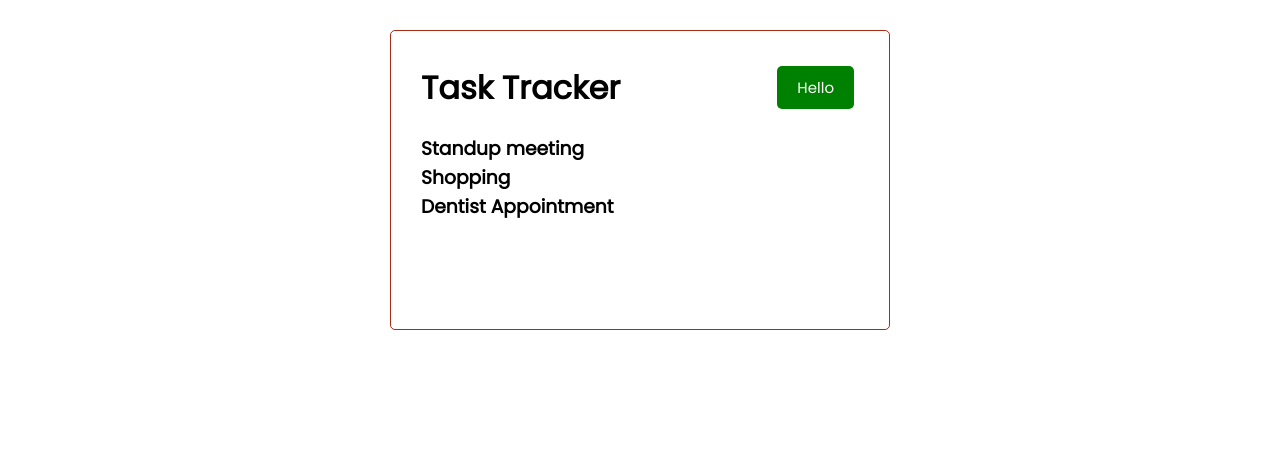
Repository: NIMRAH97/React-Strap-Test
Page: /
An editor plug-in stored every save of this project. The page is shown before and after the next save, followed by the edit.
The browser window is 1280 px wide. The pictures show the whole page.
The project was rebuilt for these pictures with package versions that can differ from the ones it lists, and the page was loaded fresh each time.

Above is the page before, as saved 2021-05-22 15:44:30.

After the next save:
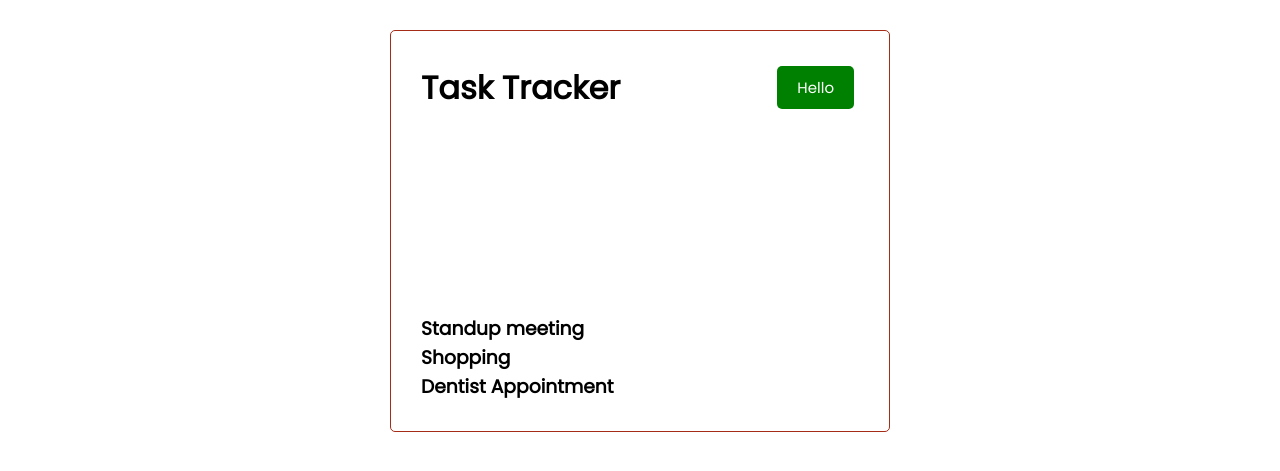
Saved 17 min 10 s later.
--- a/src/index.css
+++ b/src/index.css
@@ -24,7 +24,7 @@
   display: flex;
   justify-content: space-between;
   align-items: center;
-  margin-bottom: 20px;
+  margin-bottom: 200px;
 }
 
 .btn {

After the save that followed:
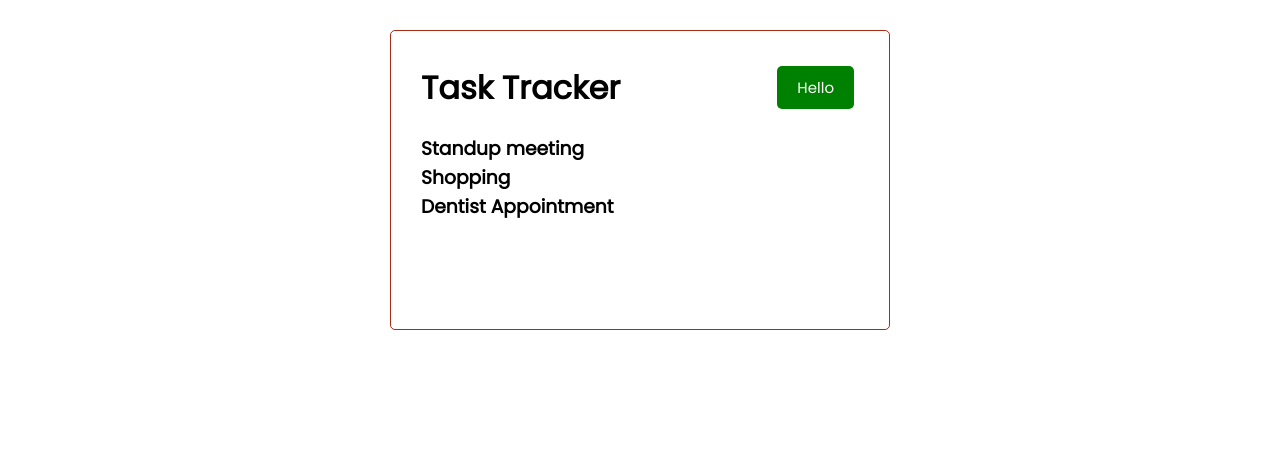
Saved 8 s later.
--- a/src/index.css
+++ b/src/index.css
@@ -24,7 +24,7 @@
   display: flex;
   justify-content: space-between;
   align-items: center;
-  margin-bottom: 200px;
+  margin-bottom: 20px;
 }
 
 .btn {
